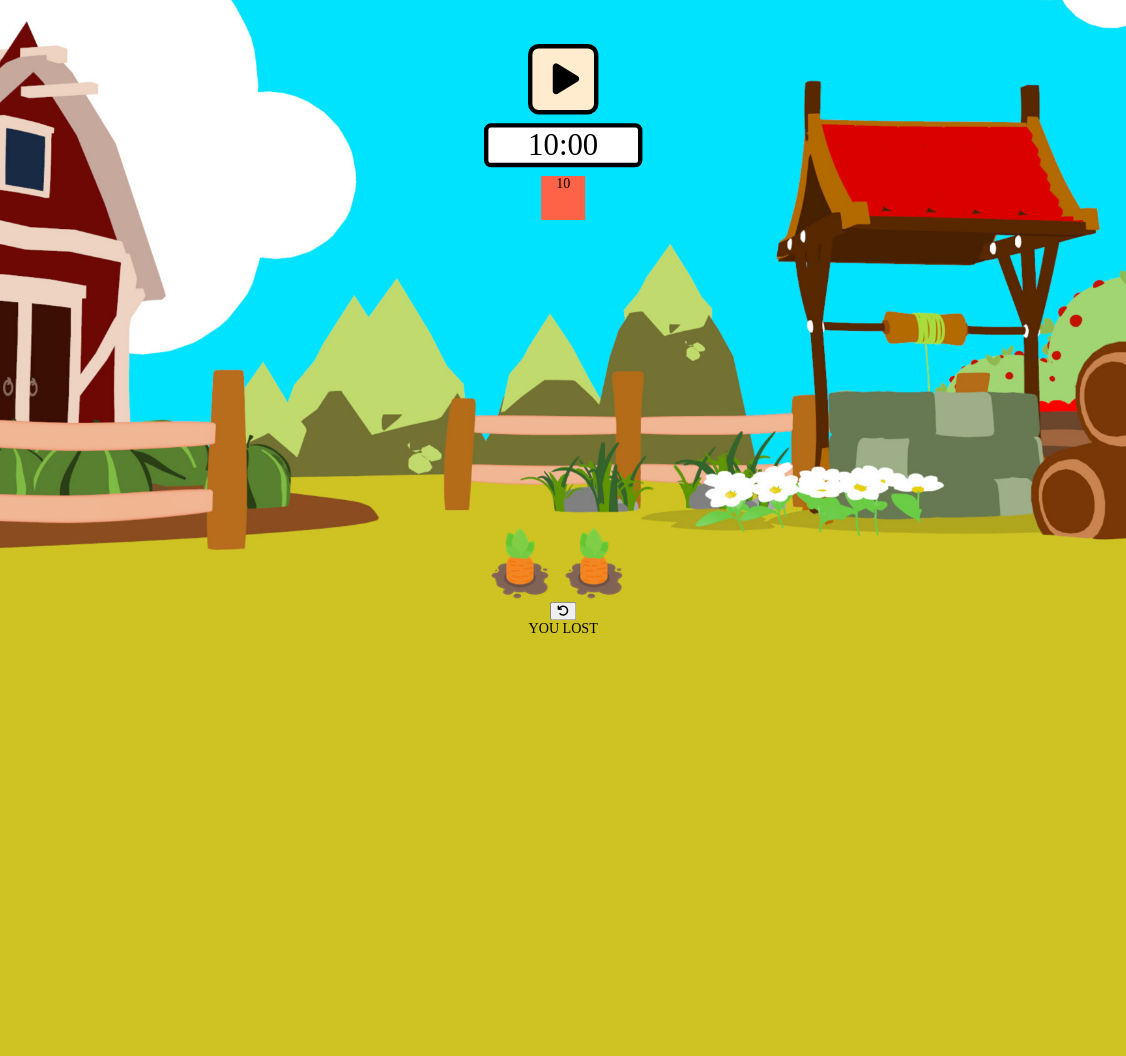
Repository: keehoonjung/Bug-Game
Page: index.html
The author's editor kept a copy of each file at every save. The page is drawn from the files as they stood at one save, then again after the next save.
The browser window is 1280 px wide. The pictures show the whole page, at 88% of full size.
Some web libraries are served in a nearby version.

Above is the page before, as saved 2021-08-10 10:57:03.

### index.html
<!DOCTYPE html>
<html lang="en">
<head>
    <meta charset="UTF-8">
    <meta http-equiv="X-UA-Compatible" content="IE=edge">
    <meta name="viewport" content="width=device-width, initial-scale=1.0">
    <title>Document</title>
    <link rel="stylesheet" href="style.css">
    <script src="main.js"></script>
    <script src="https://kit.fontawesome.com/a7a8d59961.js" crossorigin="anonymous"></script>
</head>
<body>
    <section class="container">
        <section class="header">
            <button class="play__btn">
                <i class="fas fa-play"></i>
            </button>
            <div class="timer">
                10:00
            </div>
            <div class="count">10</div>
        </section>
        <section class="playground">
            <img src="./img/carrot.png" alt="carrot">
            <img src="./img/carrot.png" alt="carrot">
        </section>
        <div class="popup">
            <button class="retry">
                <i class="fas fa-undo"></i>
            </button>
            <div class="message">YOU LOST</div>
        </div>
    </section>
</body>
</html>

### style.css
* {
  box-sizing: border-box;
}

body {
  margin: 0;
}

button {
}
.container {
  background: center/ cover no-repeat url(/img/background.png);
  height: 1200px;
  text-align: center;
}

.header {
  height: 600px;
  padding-top: 50px;
}

.play__btn {
  width: 80px;
  height: 80px;
  background-color: blanchedalmond;
  font-size: 40px;
  border: 5px solid black;
  border-radius: 12px;
  padding-left: 12px;
  margin-bottom: 10px;
}

.timer {
  margin: auto;
  width: 180px;
  height: 50px;
  border: 5px solid black;
  border-radius: 8px;
  font-size: 35px;
  background-color: white;
  margin-bottom: 10px;
}

.count {
  margin: auto;
  width: 50px;
  height: 50px;
  background-color: tomato;
}

Loaded but not shown: main.js (no copy from this time; the picture is the same without it)

After the next save:
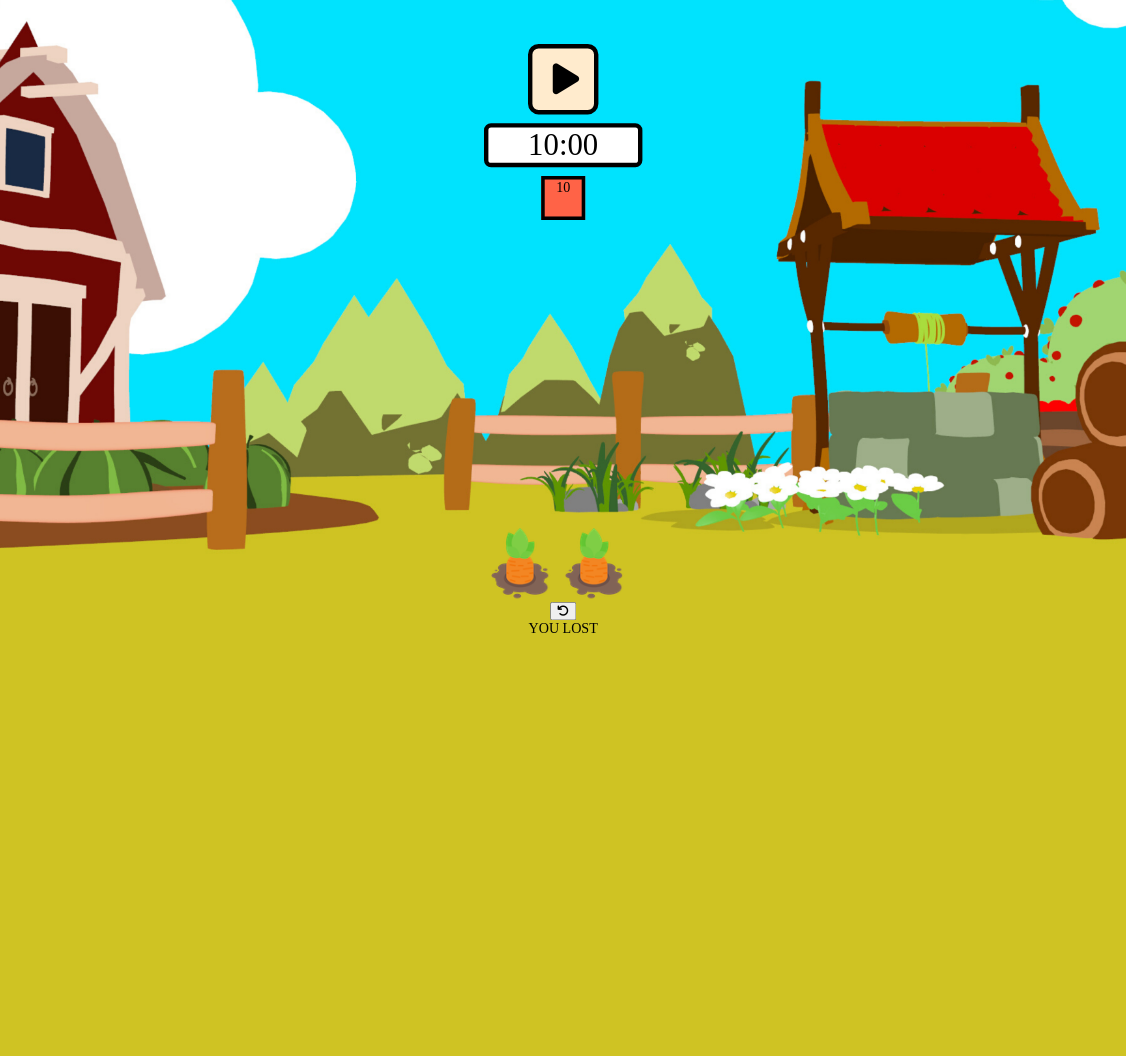
Saved 11 s later.
--- a/style.css
+++ b/style.css
@@ -46,4 +46,5 @@ button {
   width: 50px;
   height: 50px;
   background-color: tomato;
+  border: 4px solid black;
 }
